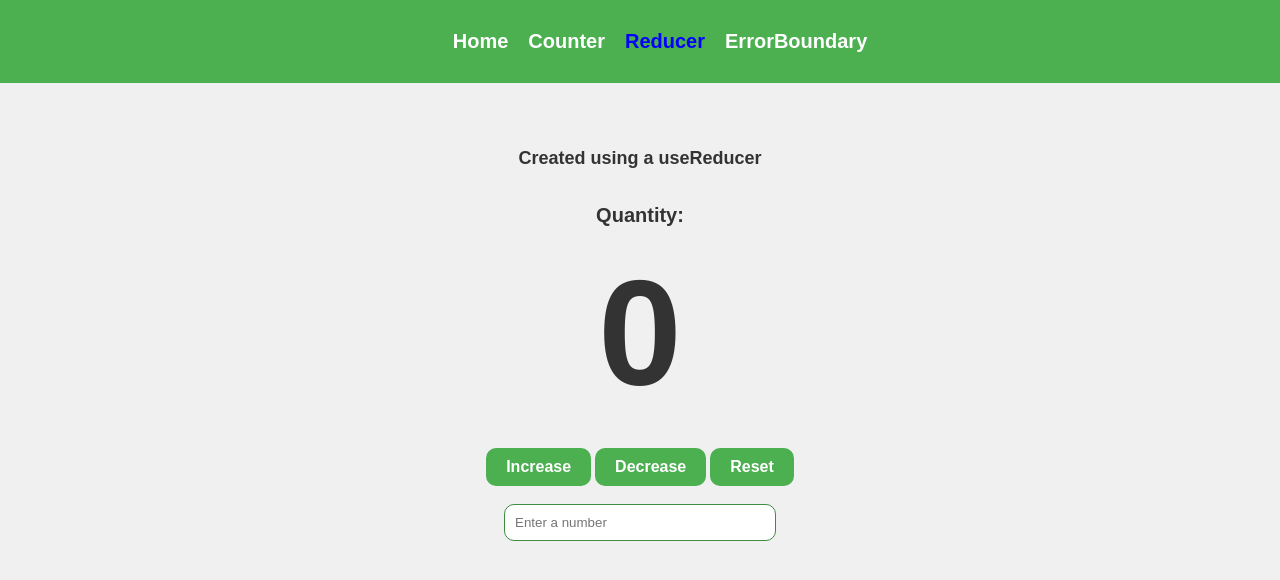
Repository: qudos4real/altschool-second-sem
Page: /reducer
These files come from the project's save history. The page is drawn as it stood at one moment and after the next save; the edit follows.
The browser window is 1280 px wide. The pictures show the whole page.
The project was rebuilt for these pictures with package versions that can differ from the ones it lists, and the page was loaded fresh each time. Also part of the build but not shown: src/hooks/useCounter.js, src/Components/Counter.js, src/App.css, src/Components/Home.js, src/Components/NotFound.js, src/Components/ErrorBoundary.js.

Above is the page before, as saved 2022-11-04 20:00:31.

After the next save:
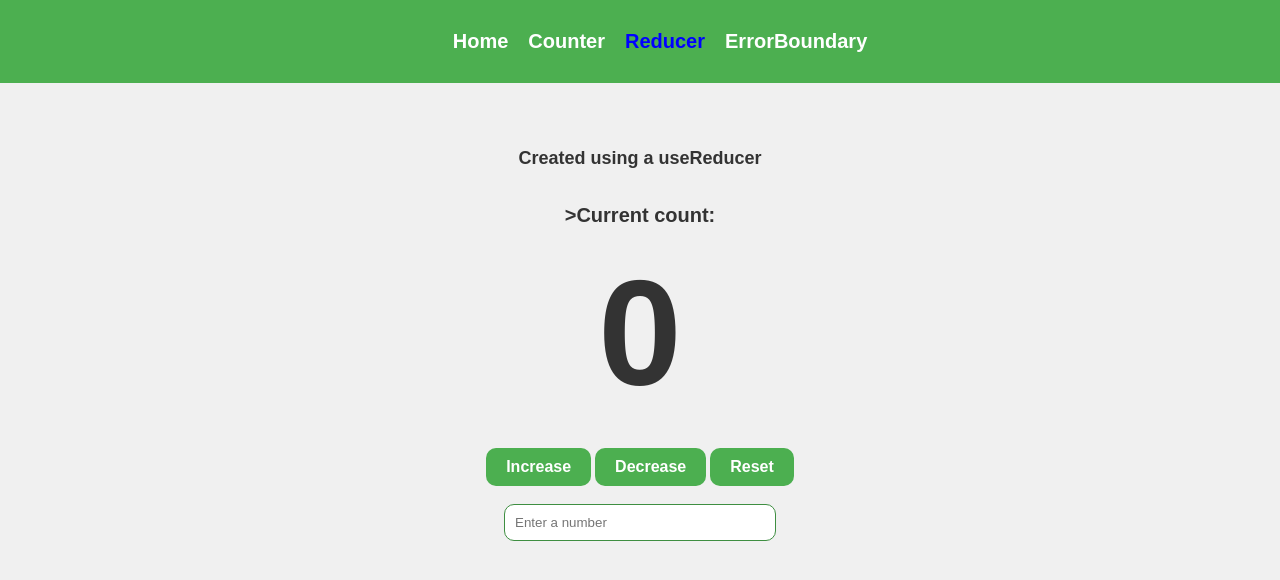
Saved 21 s later.
--- a/src/Components/Reducer.js
+++ b/src/Components/Reducer.js
@@ -8,7 +8,7 @@ function Reducer() {
   return (
     <div className="container">
       <h2>Created using a useReducer</h2>
-      <h3 className="label "> Quantity: </h3>
+      <h3 className="label "> >Current count: </h3>
       <h3 className="value ">{state.count}</h3>
       <br />
       <div>
